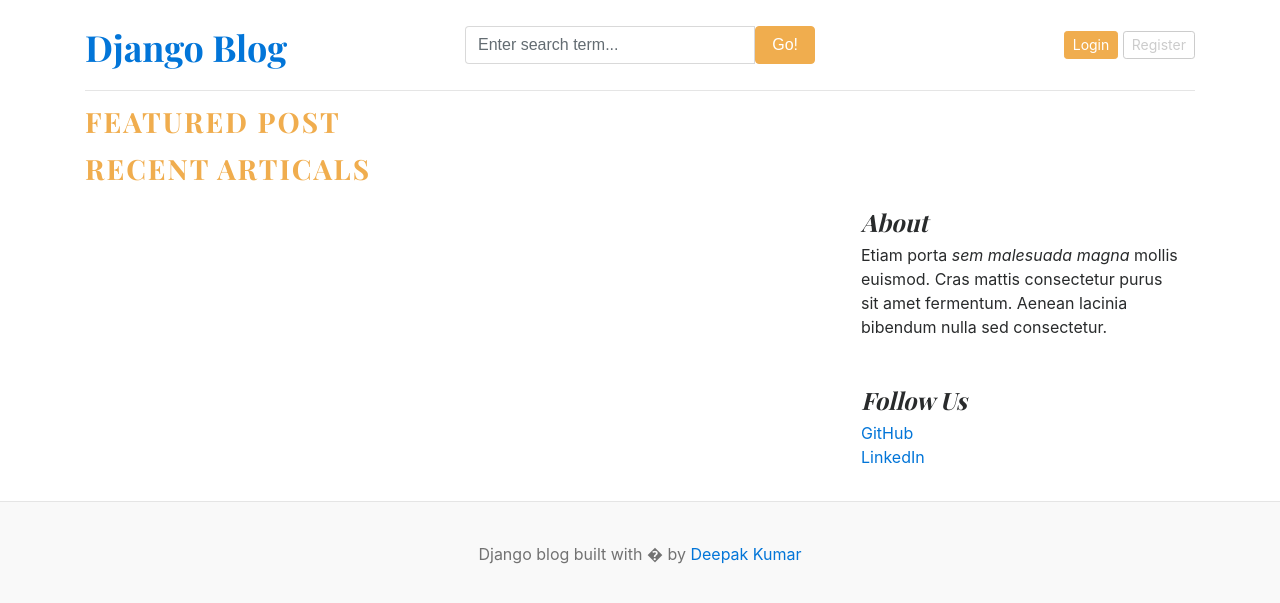
Repository: vijayholve/Blog-Website-Django
Page: templates/home.html
An editor plug-in stored every save of this project. The page is shown before and after the next save, followed by the edit.
The browser window is 1280 px wide. The pictures show the whole page.
The template is drawn by Django 5.2. The application's start-up code is not run. Other server files are loaded and not shown. The template is opened directly, without the code that normally fills it, so the values that code supplies are empty.

Above is the page before, as saved 2025-01-29 14:48:31.

### templates/home.html

{% extends 'base/base.html' %}

{% block content %}

{% for post in featured_post %}
 {% if forloop.first %}
<div class="jumbotron p-3 p-md-5 text-white rounded bg-dark" style="background-image: url({{ post.blog_image.url }});background-blend-mode: overlay;background-size:cover;">
    <div class="col-md-8 px-0">
      <h1 class="display-4 font-italic"><a href="{% url 'blogs' post.slug %}">{{ post.title }}</a></h1>
      <p class="lead my-3">{{ post.short_description | truncatewords:20 }}</p>
      <p class="lead mb-0"><a href="#" class="text-white font-weight-bold">Continue reading...</a></p>
    </div>
</div>
  {% endif %}
{% endfor %}


<!-- Featured POST -->
<h3 class="text-uppercase text-warning" style="letter-spacing: 2px;">Featured POST</h3>
  <div class="row mb-2">
    {% for post in featured_post %}
      {% if not forloop.first %}
    <div class="col-md-6">
      <div class="card border-0" >
        <div class="card-body">
          <h3><a href="{% url 'blogs' post.slug %}">{{ post.title }}</a></h3>
          <small class="mb-1 text-muted">{{ post.created_at | timesince }} ago | {{ post.author }}</small>
          <p class="card-text">{{ post.short_description | truncatewords:20 }}</p>
        </div>
      </div>
    </div>
     {% endif %}
    {% endfor %}
  </div>


  <!-- Recent artical -->
  <h3 class="text-uppercase text-warning" style="letter-spacing: 2px;">Recent Articals</h3>
  <main role="main" class="container p-0">
    <div class="row">
      <div class="col-md-8 blog-main">
        {% for post in posts %}
        <div class="card border-0" >
          <div class="card-body">
            <h3><a href="{% url 'blogs' post.slug %}">{{ post.title }}</a></h3>
            <small class="mb-1 text-muted">{{ post.created_at | timesince }} ago | {{ post.author }}</small>
            <p class="card-text">{{ post.short_description | truncatewords:20 }}</p>
          </div>
        </div>
        {% endfor %}
      </div>
      <!-- /.blog-main -->

      <aside class="col-md-4 blog-sidebar">
        <div class="p-3 mb-3 bg-light rounded">
          <h4 class="font-italic">About</h4>
          <p class="mb-0">Etiam porta <em>sem malesuada magna</em> mollis euismod. Cras mattis consectetur purus sit amet fermentum. Aenean lacinia bibendum nulla sed consectetur.</p>
        </div>

        <div class="p-3">
          <h4 class="font-italic">Follow Us</h4>
          <ol class="list-unstyled">
            <li><a href="#">GitHub</a></li>
            <li><a href="#">LinkedIn</a></li>
          </ol>
        </div>
      </aside><!-- /.blog-sidebar -->

    </div><!-- /.row -->

  </main><!-- /.container -->

</div>
{% endblock %}

### templates/base/base.html
<!-- Header part -->
{% include './header.html' %}

<!-- Main content part -->
{% block content %}

{% endblock %}

<!-- Footer -->
{% include './footer.html' %}

### templates/base/header.html
{% load static %}
<!DOCTYPE html>
<html lang="en">
<head>
    <meta charset="UTF-8">
    <meta http-equiv="X-UA-Compatible" content="IE=edge">
    <meta name="viewport" content="width=device-width, initial-scale=1.0">
    <title>SM Joshi Blogs</title>
    <link href="https://getbootstrap.com/docs/4.0/dist/css/bootstrap.min.css" rel="stylesheet">
    <link href="https://fonts.googleapis.com/css?family=Playfair+Display:700,900" rel="stylesheet">
    <link href="{% static 'css/blog.css' %}" rel="stylesheet">
    <link rel="stylesheet" href="https://cdnjs.cloudflare.com/ajax/libs/font-awesome/4.7.0/css/font-awesome.min.css">
  </head>
<body>
    <div class="container">
      <header class="blog-header py-3">
        <div class="row flex-nowrap justify-content-between align-items-center">
          <div class="col-4 pt-1">
            <a class="blog-header-logo text-dark" href="/">Django Blog</a>
          </div>
          <div class="col-4">
            <form action="{% url 'search' %}" method="GET">
              <div class="input-group">
                <input class="form-control" name="keyword" type="text" placeholder="Enter search term..." aria-label="Enter search term..." aria-describedby="button-search" />
                <button type="submit" class="btn btn-warning" id="button-search" type="button">Go!</button>
            </div>
            </form>
          </div>

          <div class="col-4 d-flex justify-content-end align-items-center">
            {% if not user.is_authenticated %}
            <a class="btn btn-sm btn-warning" href="{% url 'login' %}">Login</a> &nbsp;
            <a class="btn btn-sm btn-outline-secondary" href="{% url 'register' %}">Register</a>
            {% else %}
            <span><a href="{% url 'dashboard' %}" class="btn btn-warning">Dashboard</a></span> &nbsp;
            <span><a href="{% url 'logout' %}">Logout</a></span>
            {% endif %}
          </div>
        </div>
      </header>

      <div class="nav-scroller py-1 mb-2">
        <nav class="nav d-flex justify-content-between">
          {% for cat in categories %}
          <a class="p-2 text-muted" href="{% url 'posts_by_category' cat.id  %}">{{ cat.category_name }}</a>
          {% endfor %}
        </nav>
      </div>

### templates/base/footer.html
<footer class="blog-footer">
    <p>Django blog built with � by <a href="#">Deepak Kumar</a></p>
  </footer>
  </body>
  </html>

### static/css/blog.css
/* stylelint-disable selector-list-comma-newline-after */

.blog-header {
  border-bottom: 1px solid #e5e5e5;
}

.blog-header-logo {
  font-family: "Playfair Display", Georgia, "Times New Roman", serif/*rtl:Amiri, Georgia, "Times New Roman", serif*/;
  font-size: 2.25rem;
}

.blog-header-logo:hover {
  text-decoration: none;
}

h1, h2, h3, h4, h5, h6 {
  font-family: "Playfair Display", Georgia, "Times New Roman", serif/*rtl:Amiri, Georgia, "Times New Roman", serif*/;
}

.display-4 {
  font-size: 2.5rem;
}
@media (min-width: 768px) {
  .display-4 {
    font-size: 3rem;
  }
}

.flex-auto {
  flex: 0 0 auto;
}

.h-250 { height: 250px; }
@media (min-width: 768px) {
  .h-md-250 { height: 250px; }
}

/* Pagination */
.blog-pagination {
  margin-bottom: 4rem;
}

/*
 * Blog posts
 */
.blog-post {
  margin-bottom: 4rem;
}
.blog-post-title {
  font-size: 2.5rem;
}
.blog-post-meta {
  margin-bottom: 1.25rem;
  color: #727272;
}

/*
 * Footer
 */
.blog-footer {
  padding: 2.5rem 0;
  color: #727272;
  text-align: center;
  background-color: #f9f9f9;
  border-top: .05rem solid #e5e5e5;
}
.blog-footer p:last-child {
  margin-bottom: 0;
}

After the next save:
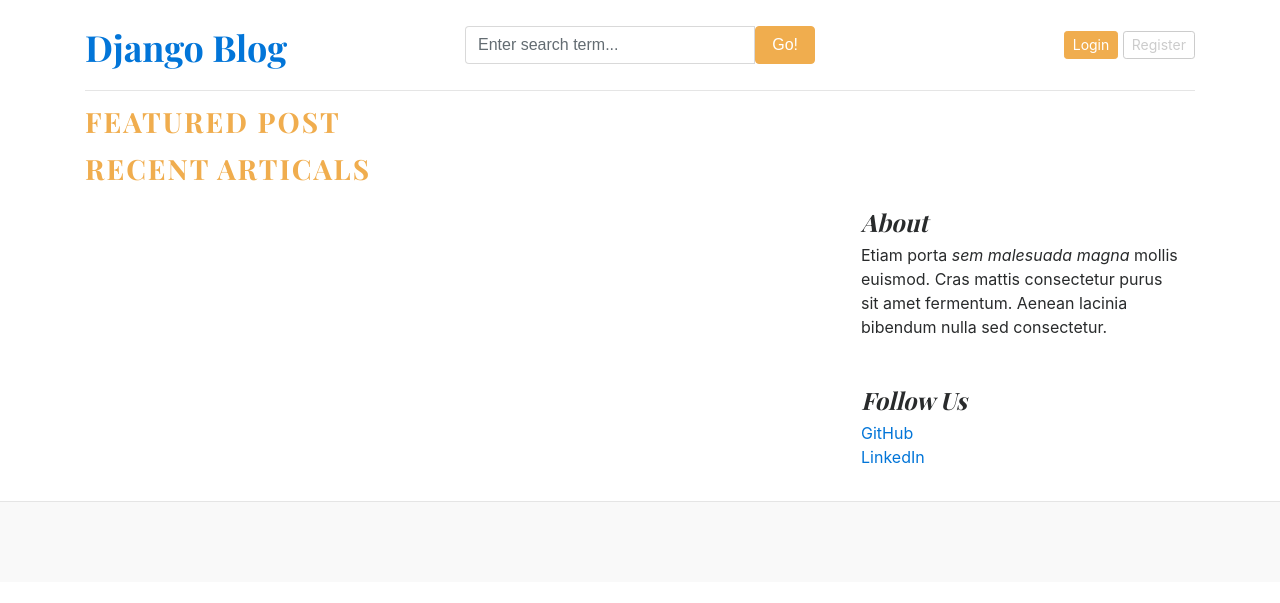
Saved 25 s later.
--- a/templates/base/footer.html
+++ b/templates/base/footer.html
@@ -1,5 +1,4 @@
 <footer class="blog-footer">
-    <p>Django blog built with � by <a href="#">Deepak Kumar</a></p>
   </footer>
   </body>
   </html>

After the save that followed:
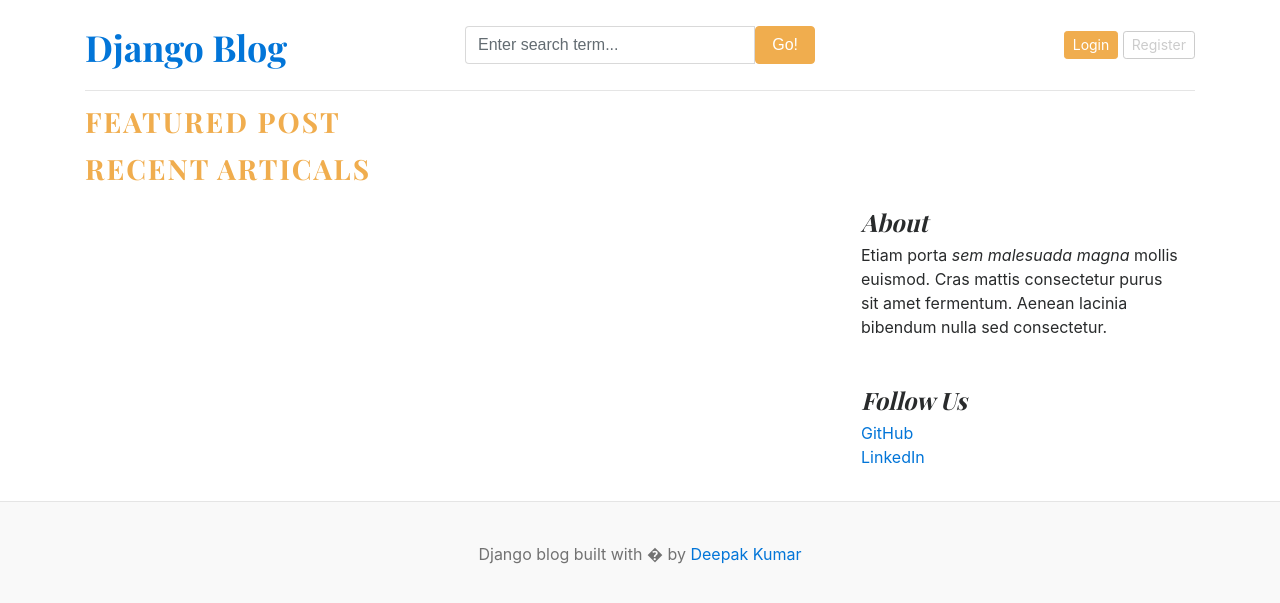
Saved 4 s later.
--- a/templates/base/footer.html
+++ b/templates/base/footer.html
@@ -1,4 +1,5 @@
 <footer class="blog-footer">
+    <p>Django blog built with � by <a href="#">Deepak Kumar</a></p>
   </footer>
   </body>
   </html>
